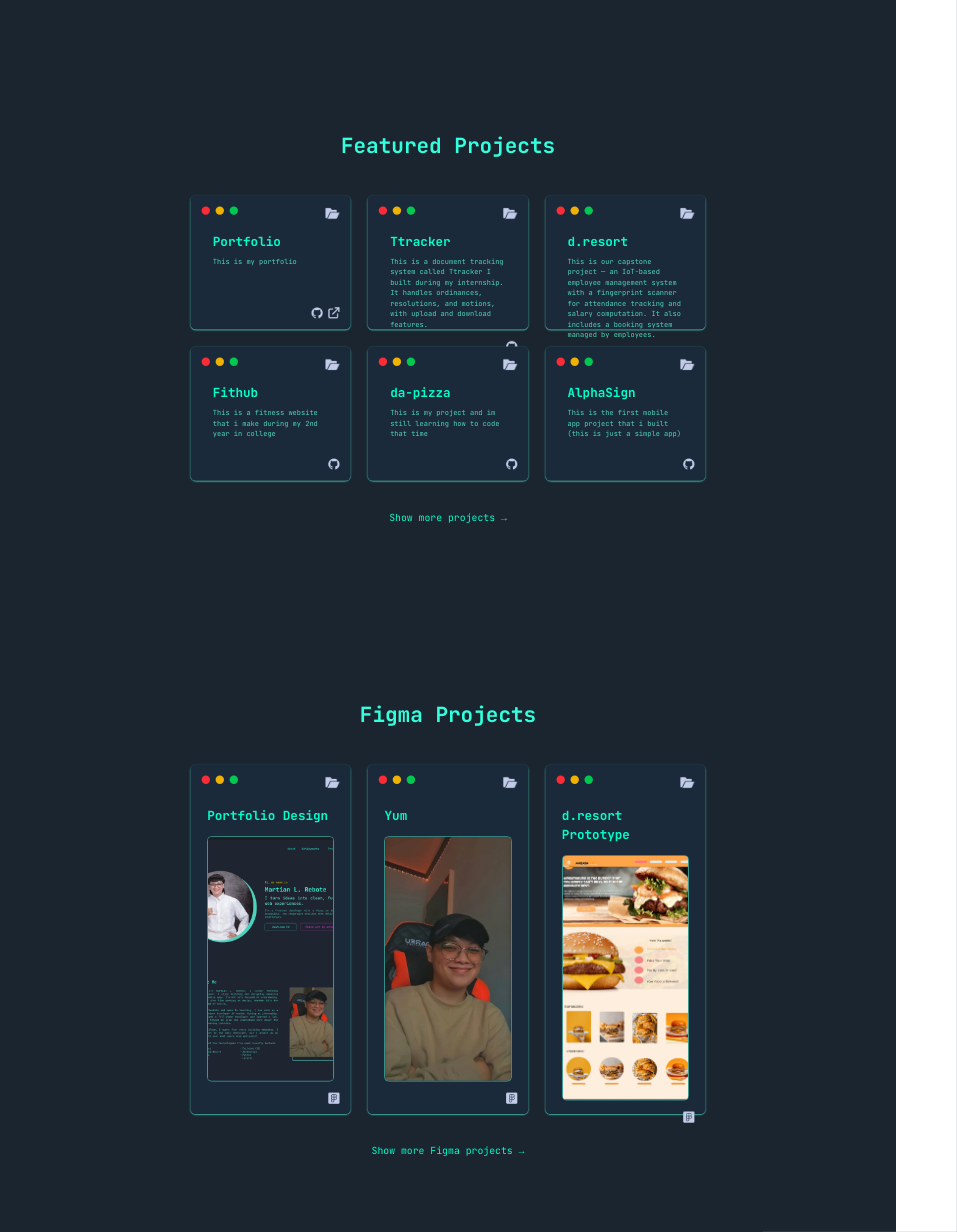
Repository: m4rsu-code/Portfolio
Page: / (app in my-portfolio/)
An editor plug-in stored every save of this project. The page is shown before and after the next save, followed by the edit.
The browser window is 1280 px wide. The page is 1367 px wide, so the pictures cover 1367 px, including what lies to the right of the window. The pictures show the part of the page from y = 2697 to 4457 px (the page is 4457 px tall), at 70% of full size.
The project was rebuilt for these pictures with package versions that can differ from the ones it lists, and the page was loaded fresh each time. Also part of the build but not shown: my-portfolio/vite.config.js, my-portfolio/src/assets/components/Modal/AchievementModal.jsx, my-portfolio/src/AchievementsPage.jsx, my-portfolio/src/ProjectPage.jsx, my-portfolio/src/FigmaProjectsPage.jsx.

Above is the page before, as saved 2025-08-04 17:15:03.

### my-portfolio/src/main.jsx
import { StrictMode } from "react";
import { createRoot } from "react-dom/client";
import { BrowserRouter as Router, Routes, Route } from "react-router-dom";
import "./assets/CSS/index.css";
import App from "./App.jsx";
import AchievementsPage from "./AchievementsPage.jsx";
import ProjectPage from "./ProjectPage.jsx";
import FigmaProjectsPage from "./FigmaProjectsPage.jsx";

createRoot(document.getElementById("root")).render(
  <StrictMode>
    <Router>
      <Routes>
        <Route path="/" element={<App />} />
        <Route path="/achievements" element={<AchievementsPage />} />
        <Route path="/projects" element={<ProjectPage />} />
        <Route path="/figma-projects" element={<FigmaProjectsPage />} />
      </Routes>
    </Router>
  </StrictMode>
);

### my-portfolio/src/assets/CSS/index.css
@import "tailwindcss";

@layer base {
  .font-jetbrains-mono {
    font-family: 'JetBrains Mono', monospace;
  }
}

### my-portfolio/src/assets/components/Navbar.jsx
import React from 'react';
import '../CSS/Navbar.css'; // Import the CSS for styling

function Navbar() {
  return (
    <nav className="w-full px-10 py-4 flex justify-between items-center fixed top-0 left-0 z-50 bg-transparent backdrop-blur-md font-jetbrains-mono">
      {/* Logo on the left */}
      <a href="#home" className='text-3xl font-bold text-[#FF38E5] cursor-pointer'>m4rsu</a>
      {/* Navigation links on the right */}
      <div className='flex gap-10 text-base'>
        <a href='#about' className='text-[#31FFDD] text-[15px] font-light nav-link'>About</a>
        <a href='#achievements' className='text-[#31FFDD] text-[15px] font-light nav-link'>Achievements</a>
        <a href='#projects' className='text-[#31FFDD] text-[15px] font-light nav-link'>Projects</a>
        <a href='#contact' className='text-[#31FFDD] text-[15px] font-light nav-link'>Contact</a>
      </div>
    </nav>
  );
}

export default Navbar;

### my-portfolio/src/assets/CSS/animation.css
@keyframes glow {
  0% {
    box-shadow: 0 0 5px #00FFCC, 0 0 10px #00FFCC, 0 0 15px #00FFCC, 0 0 20px #00FFCC;
  }
  50% {
    box-shadow: 0 0 10px #00FFCC, 0 0 20px #00FFCC, 0 0 30px #00FFCC, 0 0 40px #00FFCC;
  }
  100% {
    box-shadow: 0 0 5px #00FFCC, 0 0 10px #00FFCC, 0 0 15px #00FFCC, 0 0 20px #00FFCC;
  }
}

@keyframes glow {
  0% {
    box-shadow: 0 0 5px #00FFCC, 0 0 10px #00FFCC;
  }
  50% {
    box-shadow: 0 0 15px #00FFCC, 0 0 25px #00FFCC;
  }
  100% {
    box-shadow: 0 0 5px #00FFCC, 0 0 10px #00FFCC;
  }
}

.animate-glow {
  animation: glow 2s ease-in-out infinite;
}

.uneven-box {
  transform: translateY(20px); /* move it downward initially */

  transition: transform 0.3s ease-in-out;
}

.image-container:hover .uneven-box {
  transform: translateY(30px); /* move it further down on hover */
}

### my-portfolio/src/assets/components/data.jsx
export const achievements = [
  {
    id: 1,
    image: '/Images/cert1.png',
    title: 'Digital Solution Showcase',
    description: 'Recognized for developing an innovative digital solution that streamlined project workflows and enhanced user experience across multiple platforms.',
    date: 'November 20, 2024',
  },
  {
    id: 2,
    image: '/Images/cert2.png',
    title: 'CCNA: Switching, Routing, and Wireless Essentials',
    description: 'Earned a student-level credential for completing the CCNA: Switching, Routing, and Wireless Essentials course.',
    date: 'February 12, 2024',
  },
  {
    id: 3,
    image: '/Images/cert3.png',
    title: 'Dean’s Lister',
    description: 'Consistently achieved Dean’s List recognition for outstanding academic performance, maintaining a GPA of 1.750 for the first semester academic year 2023-2024.',
    date: 'November 20, 2024',
  },
  {
    id: 4,
    image: '/Images/cert4.png',
    title: 'Wadhwani Impactful Writing Skills',
    description: 'Completed the Wadhwani Impactful Writing Skills program, enhancing professional communication for workplace effectiveness.',
    date: 'January 31, 2025',
  },
  {
    id: 5,
    image: '/Images/cert5.png',
    title: 'Wadhwani Impactful Writing Skills',
    description: 'Completed the Wadhwani Impactful Writing Skills program, enhancing professional communication for workplace effectiveness.',
    date: 'January 31, 2025',
  },
];

export const projects = [
  { id: 1, title: 'Portfolio', description: 'This is my portfolio', link: 'https://your-portfolio.com', githubLink: 'https://github.com/m4rsu-code/Portfolio/tree/main/my-portfolio'},
  { id: 2, title: 'Ttracker', description: 'This is a document tracking system called Ttracker I built during my internship. It handles ordinances, resolutions, and motions, with upload and download features.', githubLink: 'https://github.com/m4rsu-code/Ttracker/tree/main/Tracker' },
  { id: 3, title: 'd.resort', description: 'This is our capstone project — an IoT-based employee management system with a fingerprint scanner for attendance tracking and salary computation. It also includes a booking system managed by employees.', githubLink: 'https://github.com/m4rsu-code/d.resort'},
  { id: 4, title: 'Fithub', description: 'This is a fitness website that i make during my 2nd year in college', githubLink: 'https://github.com/m4rsu-code/FITHUB/tree/main/Fithub'},
  { id: 5, title: 'da-pizza', description: 'This is my project and im still learning how to code that time', githubLink: 'https://github.com/m4rsu-code/da-pizza/tree/main/da-pizza'},
  { id: 6, title: 'AlphaSign', description: 'This is the first mobile app project that i built (this is just a simple app)', githubLink: 'https://github.com/m4rsu-code/AlphaSign'},
  { id: 7, title: 'Hubit-mobile', description: 'Hubit is a simple fitness app we built quickly for our mobile development course, focusing on core features.', githubLink: 'https://github.com/m4rsu-code/HubIT-mobile'},
  { id: 8, title: 'Hubit-web', description: 'This is the web version, designed to complement the app.', githubLink: 'https://github.com/m4rsu-code/HubIT-web/tree/main/Adet_Website-main'},
];

export const figmaProjects = [
  {
    id: 1,
    title: 'Portfolio Design',
    image: '/Images/figma1.png',
    figmaLink: 'https://www.figma.com/design/0W3zbrtnYWXEIZM7QfP03A/Untitled?node-id=0-1&p=f&t=vxscEw2KgSHFnkF6-0',
  },
  {
    id: 2,
    title: 'Yum',
    image: '/Images/me2.jpg',
    figmaLink: 'https://www.figma.com/file/your-ttracker-ui-link',
  },
  {
    id: 3,
    title: 'd.resort Prototype',
    image: '/Images/figma3.png',
    figmaLink: 'https://www.figma.com/file/your-dresort-prototype-link',
  },
  {
    id: 4,
    title: 'Fithub Mockup',
    image: '/Images/figma4.png',
    figmaLink: 'https://www.figma.com/file/your-fithub-mockup-link',
  },
  {
    id: 5,
    title: 'da-pizza Design',
    image: '/Images/figma5.png',
    figmaLink: 'https://www.figma.com/file/your-dapizza-design-link',
  },
  {
    id: 6,
    title: 'AlphaSign UI',
    image: '/Images/figma6.png',
    figmaLink: 'https://www.figma.com/file/your-alphasign-ui-link',
  },
];

### my-portfolio/src/assets/CSS/Navbar.css
.nav-link {
  position: relative;
  text-decoration: none;
}

.nav-link::after {
  content: '';
  position: absolute;
  width: 100%;
  height: 2px;
  bottom: -2px;
  left: 0;
  background-color: #31FFDD;
  transform: scaleX(0);
  transform-origin: bottom right;
  transition: transform 0.3s ease-in-out;
}

.nav-link:hover::after {
  transform: scaleX(1);
  transform-origin: bottom left;
}

Loaded but not shown: my-portfolio/index.html (common file); my-portfolio/src/App.jsx (350 lines, source omitted)

After the next save:
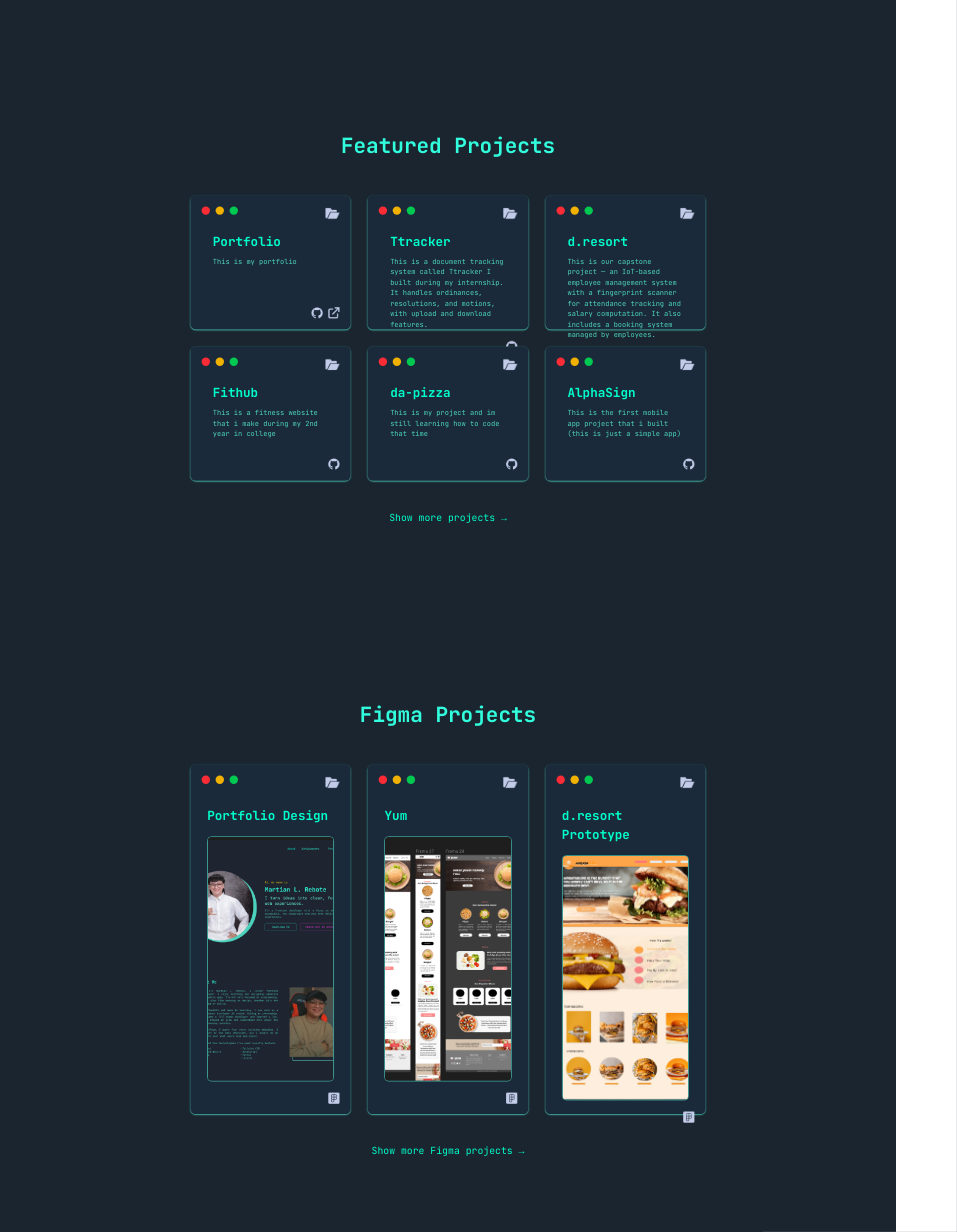
Saved 30 s later.
--- a/my-portfolio/src/assets/components/data.jsx
+++ b/my-portfolio/src/assets/components/data.jsx
@@ -57,7 +57,7 @@ export const figmaProjects = [
   {
     id: 2,
     title: 'Yum',
-    image: '/Images/me2.jpg',
+    image: '/Images/figma2.png',
     figmaLink: 'https://www.figma.com/file/your-ttracker-ui-link',
   },
   {
